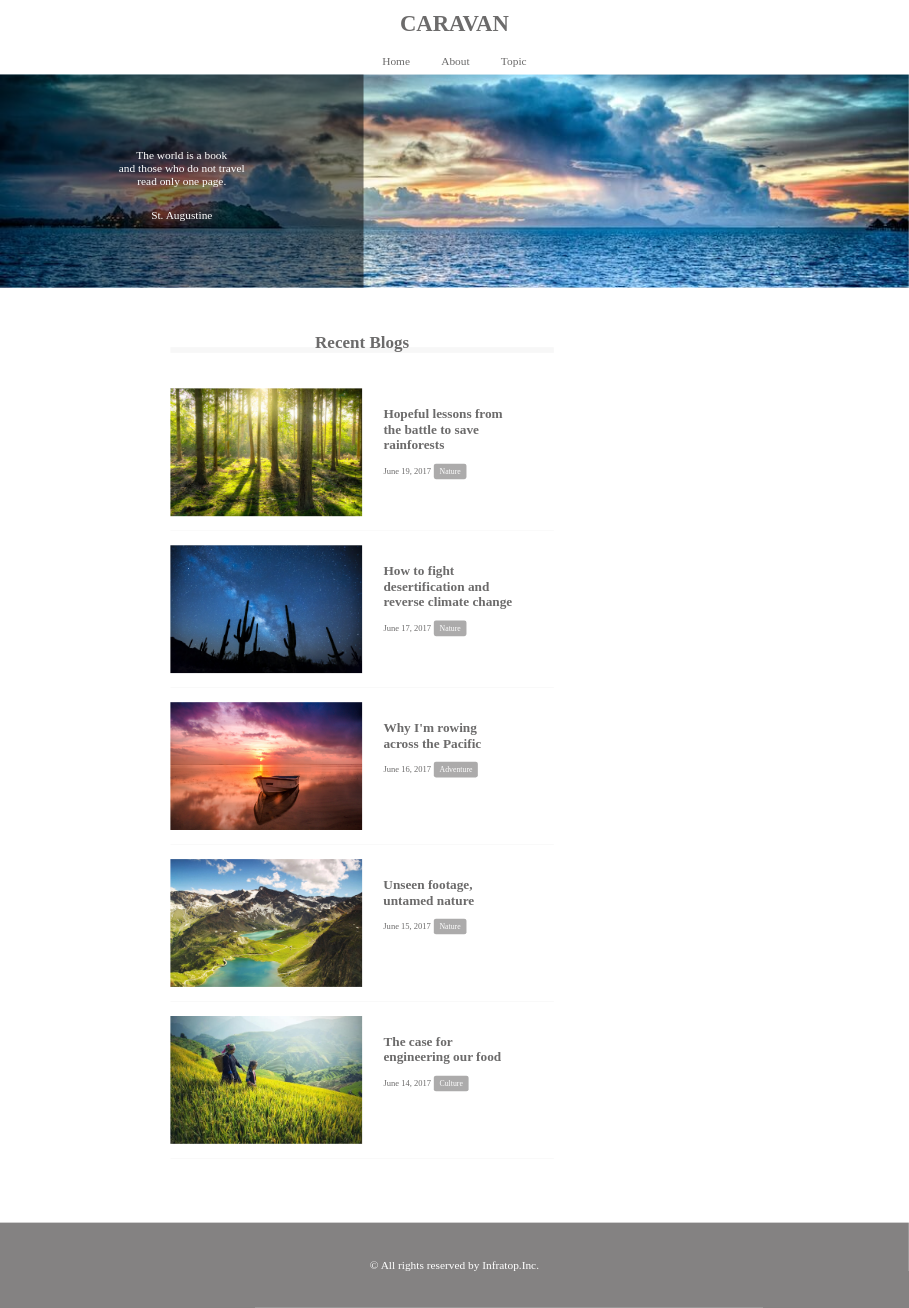
Repository: ochi11/html-practice
Page: caravan/index.html
The author's editor kept a record of every edit. The page is drawn from the files as they stood at one moment, then again after the next edit.
The browser window is 1280 px wide. The pictures show the whole page, at 71% of full size.

Above is the page before.

After the next edit:
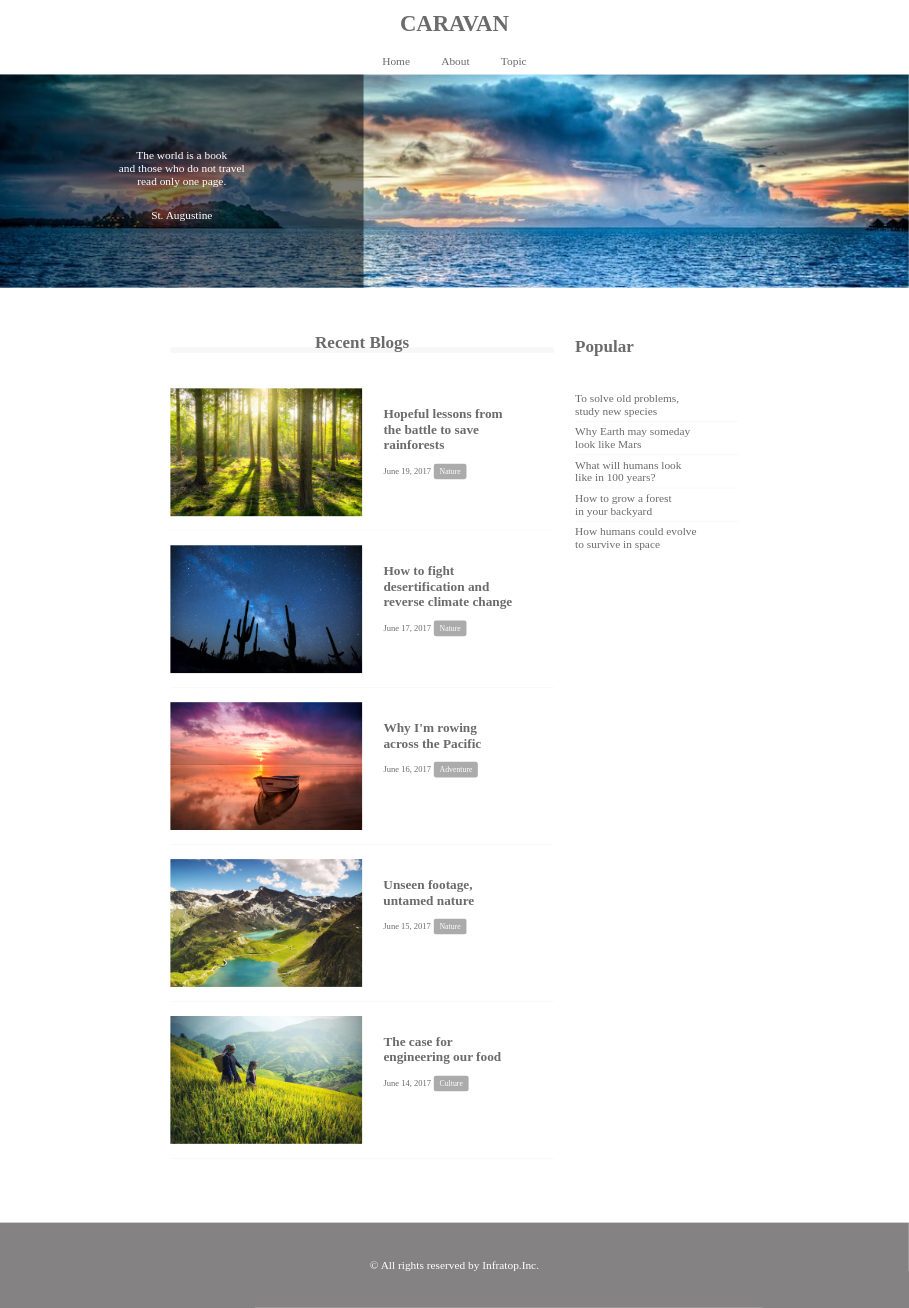
The edit:
--- a/caravan/index.html
+++ b/caravan/index.html
@@ -116,7 +116,18 @@
           </div>
         </div>
       </section>
-      <div class="sidebar"></div>
+      <div class="sidebar">
+        <section class="popular">
+          <h2 class="popular-heading commom-heading">Popular</h2>
+          <div class="sidebar-contents">
+            <p class="popular-text">To solve old problems,<br>study new species</p>
+            <p class="popular-text">Why Earth may someday<br>look like Mars</p>
+            <p class="popular-text">What will humans look<br>like in 100 years?</p>
+            <p class="popular-text">How to grow a forest<br>in your backyard</p>
+            <p class="popular-text">How humans could evolve<br>to survive in space</p>
+          </div>
+        </section>
+      </div>
     </main>
 
         <!-- footer -->
